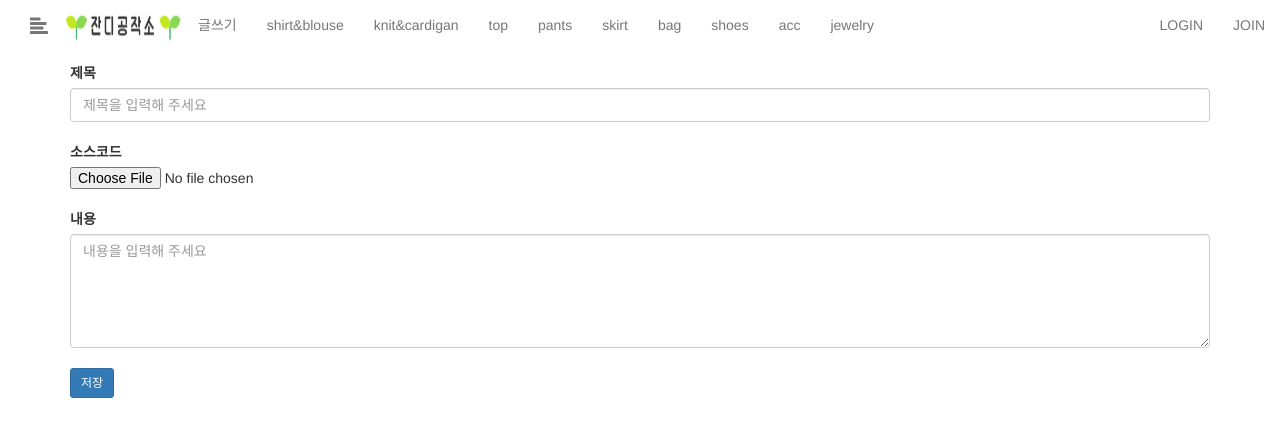
Repository: guddus326/Grass_Farm
Page: http://localhost/Grass_Farm/Write.jsp
The author's editor kept a copy of each file at every save. The page is drawn from the files as they stood at one save, then again after the next save.
The browser window is 1280 px wide. The pictures show the whole page.
The page is served by Tomcat 9. Other server files are loaded and not shown.

Above is the page before, as saved 2020-09-27 13:56:52.

### Grass_Farm/Grass_Farm/WebContent/Write.jsp
<%@ page language="java" contentType="text/html; charset=EUC-KR"
    pageEncoding="EUC-KR"%>
<%@ page import="java.io.PrintWriter"%>
<!DOCTYPE html>
<html>
<head>
<meta http-equiv="Content-Type" content="text/html; charset=UTF-8">
<meta name="viewport" content="width=device-width" initial-scale="1">
 <link rel="stylesheet" href="css/bootstrap.min.css">

<title>오늘의 잔디</title>
<style>
 <style>
        body { padding-top: 50px; }
      	.navbar-fixed-top{
      		background-color: white;
      	}
        .page-header{
            font-family: 'Playfair Display', serif;
            text-align: left;
        }
		</style>
</style>
</head>
<body>
<%
		//로그인 한사람이라면	 userID라는 변수에 해당 아이디가 담기고 그렇지 않으면 null값
		String userID = null;
		if (session.getAttribute("userID") != null) {
			userID = (String) session.getAttribute("userID");
		}
%>
 <nav class="navbar-fixed-top navbar-default">
        <div class="container-fluid">
            <div class="navbar-header">
                <a class="navbar-brand" href="#">
                    <span class="glyphicon glyphicon-align-left" aria-hidden="true"></span>
                </a>
             </div>
			<div class="navbar-header">
            <a href="Index.jsp"><img alt="Brand" width=120px; height=40px;" style="margin-top: 8px;" src="./img/logo.JPG"></a>
			</div>

          <!-- Collect the nav links, forms, and other content for toggling -->
          <div class="collapse navbar-collapse" id="bs-example-navbar-collapse-1">
            <ul class="nav navbar-nav">
              <li class="active"> <span class="sr-only">(current)</span></li>
              <li><a href="Write.jsp">글쓰기</a></li>
              <li><a href="#">shirt&blouse</a></li>
              <li><a href="#">knit&cardigan</a></li>
              <li><a href="#">top</a></li>
              <li><a href="#">pants</a></li>
              <li><a href="#">skirt</a></li>
              <li><a href="#">bag</a></li>
              <li><a href="#">shoes</a></li>
              <li><a href="#">acc</a></li>
              <li><a href="#">jewelry</a></li>
            </ul>

            <%
            	if(userID==null){
            %>
            <ul class="nav navbar-nav navbar-right">
              <li><a href="Login.jsp">LOGIN</a></li>
              <li><a href="Join.jsp">JOIN</a></li>
            </ul>
            <%
            	}else{
            %>
            <ul class="nav navbar-nav navbar-right">
              <li><a href="LogoutAction.jsp">LOGOUT</a></li>
            </ul>
            <%
            	}
            %>
          </div><!-- /.navbar-collapse -->
        </div><!-- /.container-fluid -->
    </nav>
	<article>
		<div class="container" role="main">
			<h2>board Form</h2>
			<form method="post" action="WriteAction.jsp">
				<div class="mb-3">
					<label for="title">제목</label>
					<input type="text" class="form-control" name="bbsTitle" placeholder="제목을 입력해 주세요"><br>
				</div>

				<div class="mb-3">
					<label for="content">소스코드</label>
					<input type="file" id="file" name="file"><br>
				</div>

				<div class="mb-3">
					<label for="content">내용</label>
					<textarea class="form-control" rows="5" name="bbsContent" placeholder="내용을 입력해 주세요" ></textarea><br>
				</div>
				<div >
					<button type="submit" class="btn btn-sm btn-primary" id="btnSave">저장</button>
				</div>
		</form>

		</div>
	</article>
</body>
</html>

Loaded but not shown: Grass_Farm/Grass_Farm/WebContent/css/bootstrap.min.css (library)

After the next save:
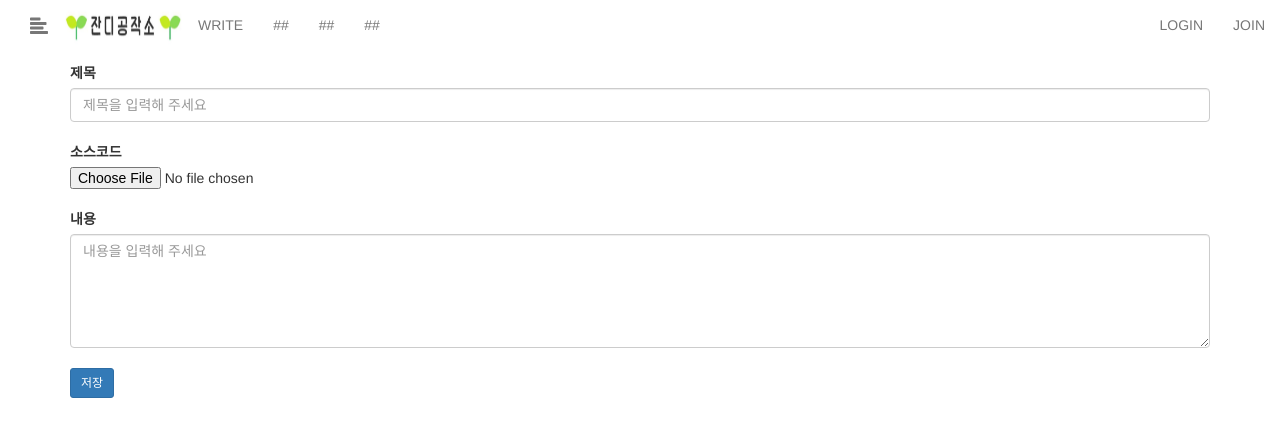
Saved 31 s later.
--- a/Grass_Farm/Grass_Farm/WebContent/Write.jsp
+++ b/Grass_Farm/Grass_Farm/WebContent/Write.jsp
@@ -43,18 +43,11 @@
 
           <!-- Collect the nav links, forms, and other content for toggling -->
           <div class="collapse navbar-collapse" id="bs-example-navbar-collapse-1">
-            <ul class="nav navbar-nav">
-              <li class="active"> <span class="sr-only">(current)</span></li>
-              <li><a href="Write.jsp">글쓰기</a></li>
-              <li><a href="#">shirt&blouse</a></li>
-              <li><a href="#">knit&cardigan</a></li>
-              <li><a href="#">top</a></li>
-              <li><a href="#">pants</a></li>
-              <li><a href="#">skirt</a></li>
-              <li><a href="#">bag</a></li>
-              <li><a href="#">shoes</a></li>
-              <li><a href="#">acc</a></li>
-              <li><a href="#">jewelry</a></li>
+           	<ul class="nav navbar-nav">
+              <li><a href="Write.jsp">WRITE</a></li>
+              <li><a href="#">##</a></li>
+              <li><a href="#">##</a></li>
+              <li><a href="#">##</a></li>
             </ul>
 
             <%
